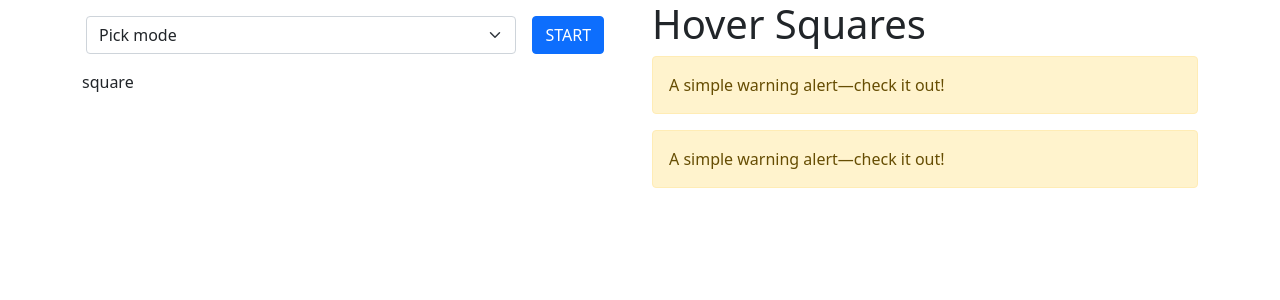
Repository: tsydikov/StarNaviTestTask
Page: /
These files come from the project's save history. The page is drawn as it stood at one moment and after the next save; the edit follows.
The browser window is 1280 px wide. The pictures show the whole page.
The project was rebuilt for these pictures with package versions that can differ from the ones it lists, and the page was loaded fresh each time.

Above is the page before, as saved 2021-08-13 10:41:03.

After the next save:
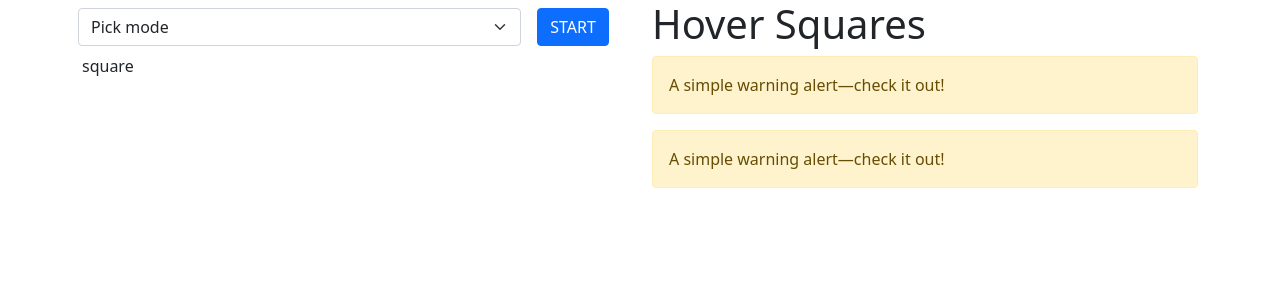
Saved 5 s later.
--- a/src/App.js
+++ b/src/App.js
@@ -7,7 +7,7 @@ function App() {
       <div className="row ">
         <div className="col">
           <div className="row">
-            <div className="col p-3">
+            <div className="col p-2">
               <select class="form-select p" aria-label="Default select example">
                 <option selected>Pick mode</option>
                 <option value="1">Easy</option>
